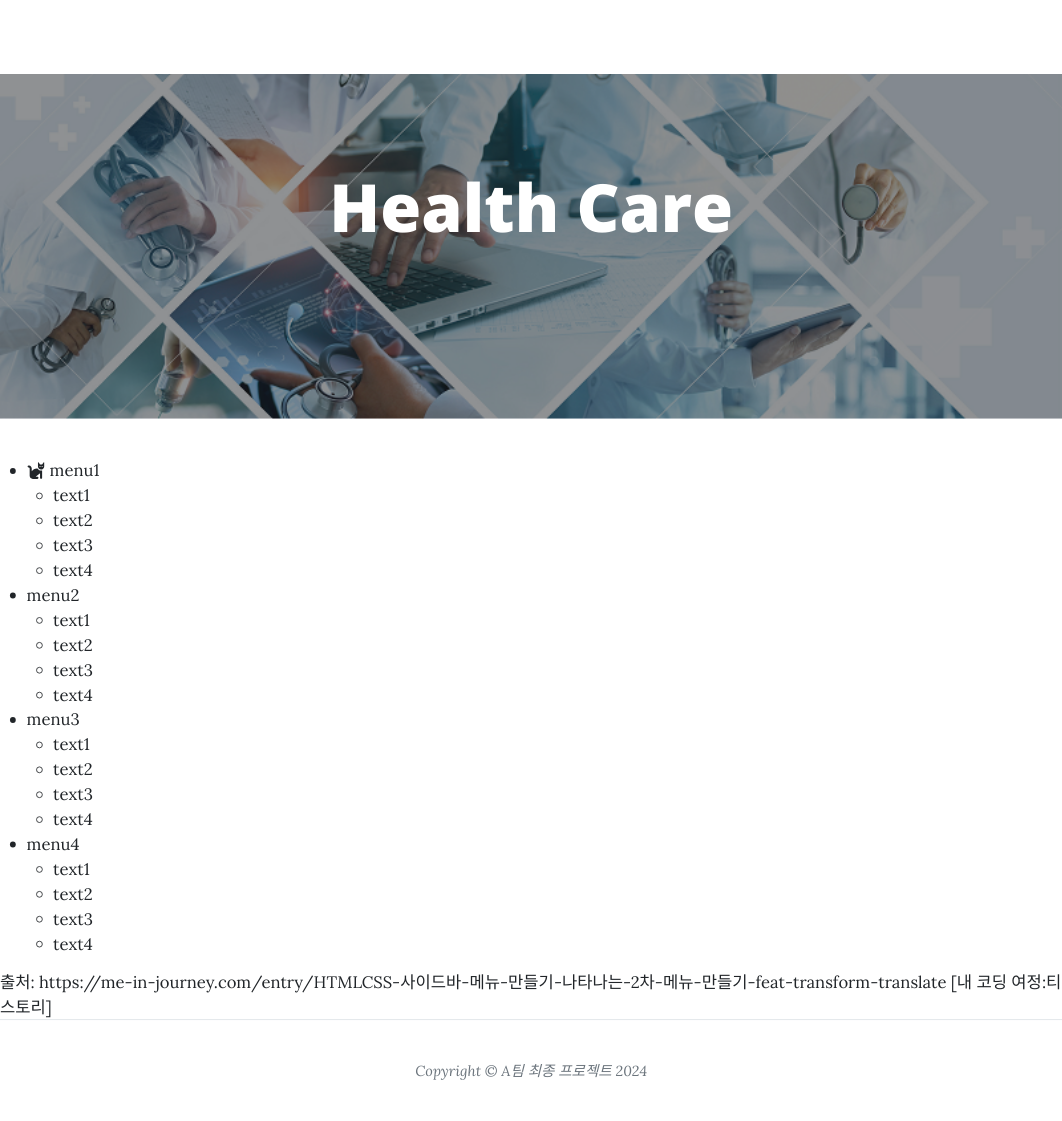
Repository: honsb91/project
Page: http://localhost/hospital/board/patient.jsp
An editor plug-in stored every save of this project. The page is shown before and after the next save, followed by the edit.
The browser window is 1280 px wide. The pictures show the whole page, at 83% of full size.
Some web libraries are served in a nearby version. The page is served by Tomcat 9. Nobody is signed in. The application's start-up code is not run. Other server files are loaded and not shown. The template is opened directly, without the code that normally fills it, so the values that code supplies are empty.

Above is the page before, as saved 2024-02-01 03:59:49.

### hospital/src/main/webapp/board/patient.jsp
<%@ page language="java" contentType="text/html; charset=UTF-8"
    pageEncoding="UTF-8"%>
<!DOCTYPE html>
<html>
<head>
<meta charset="UTF-8">
<title>Insert title here</title>
<link rel="stylesheet" href="/resources/css/admin/dashboard.css">
</head>
<%@ include file="/include/header.jsp"%>
<body>
	<aside class="side-bar">
  <section class="side-bar__icon-box">
    <section class="side-bar__icon-1">
      <div></div>
      <div></div>
      <div></div>
    </section>
  </section>
  <ul>
    <li>
      <a href="#"><i class="fa-solid fa-cat"></i> menu1</a>
      <ul>
        <li><a href="#">text1</a></li>
        <li><a href="#">text2</a></li>
        <li><a href="#">text3</a></li>
        <li><a href="#">text4</a></li>
      </ul>
    </li>
    <li>
      <a href="#">menu2</a>
      <ul>
        <li><a href="#">text1</a></li>
        <li><a href="#">text2</a></li>
        <li><a href="#">text3</a></li>
        <li><a href="#">text4</a></li>
      </ul>
    </li>
    <li>
      <a href="#">menu3</a>
      <ul>
        <li><a href="#">text1</a></li>
        <li><a href="#">text2</a></li>
        <li><a href="#">text3</a></li>
        <li><a href="#">text4</a></li>
      </ul>
    </li>
    <li>
      <a href="#">menu4</a>
      <ul>
        <li><a href="#">text1</a></li>
        <li><a href="#">text2</a></li>
        <li><a href="#">text3</a></li>
        <li><a href="#">text4</a></li>
      </ul>
    </li>
  </ul>
</aside>
출처: https://me-in-journey.com/entry/HTMLCSS-사이드바-메뉴-만들기-나타나는-2차-메뉴-만들기-feat-transform-translate [내 코딩 여정:티스토리]
</body>
<%@ include file="/include/footer.jsp"%>
</html>

### hospital/src/main/webapp/include/header.jsp
<%@ page language="java" contentType="text/html; charset=UTF-8"
	pageEncoding="UTF-8"%>
<%@ taglib prefix="c" uri="http://java.sun.com/jsp/jstl/core"%>
<meta charset="UTF-8">
<title>Insert title here</title>
<head>
<meta charset="utf-8" />
<meta name="viewport" content="width=device-width, initial-scale=1, shrink-to-fit=no" />
<meta name="description" content="" />
<meta name="author" content="" />
<link rel="icon" type="image/x-icon" href="/resources/assets/favicon.ico" />
<!-- Font Awesome icons (free version)-->
<script src="https://use.fontawesome.com/releases/v6.3.0/js/all.js" crossorigin="anonymous"></script>
<!-- Google fonts-->
<link href="https://fonts.googleapis.com/css?family=Lora:400,700,400italic,700italic" rel="stylesheet" type="text/css" />
<link href="https://fonts.googleapis.com/css?family=Open+Sans:300italic,400italic,600italic,700italic,800italic,400,300,600,700,800"
	rel="stylesheet" type="text/css" />
<!-- Core theme CSS (includes Bootstrap)-->
<link href="/resources/css/styles.css" rel="stylesheet" />
</head>
<body>
	<!-- Navigation-->
	<nav class="navbar navbar-expand-lg navbar-light" id="mainNav">
		<div class="container px-4 px-lg-5">
			<a class="navbar-brand" href="/main">Health Care</a>
			<button class="navbar-toggler" type="button"
				data-bs-toggle="collapse" data-bs-target="#navbarResponsive"
				aria-controls="navbarResponsive" aria-expanded="false"
				aria-label="Toggle navigation">
				Menu <i class="fas fa-bars"></i>
			</button>
			<div class="collapse navbar-collapse" id="navbarResponsive">
				<ul class="navbar-nav ms-auto py-4 py-lg-0 ">
    				<li class="nav-item"><a class="nav-link px-lg-3 py-3 py-lg-4" href="/main">Home</a></li>
    				<!-- 관리자로 로그인시 faq 와 공지사항은 안보이게 처리-->
    				<c:if test="${empty admin}">
    					<li class="nav-item"><a class="nav-link px-lg-3 py-3 py-lg-4" href="/faq">FAQ</a></li>
    					<li class="nav-item"><a class="nav-link px-lg-3 py-3 py-lg-4" href="/notice">공지사항</a></li>
    				</c:if>

    				<c:if test="${empty patient and empty admin}">
        			<!-- 로그인 안 된 경우 -->
        				<li class="nav-item"><a class="nav-link px-lg-3 py-3 py-lg-4" href="/member/login.jsp">로그인</a></li>
        				<li class="nav-item"><a class="nav-link px-lg-3 py-3 py-lg-4" href="/admin/login.jsp">관리자 로그인</a></li>
        				<li class="nav-item"><a class="nav-link px-lg-3 py-3 py-lg-4" href="/member/join.jsp">회원가입</a></li>
    				</c:if>

    				<c:if test="${not empty patient}">
        			<!-- 일반 회원으로 로그인된 경우 -->
        				<li class="nav-item"><a class="nav-link px-lg-3 py-3 py-lg-4" href="/member/logout">로그아웃</a></li>
    				</c:if>

    				<c:if test="${not empty admin}">
        			<!-- 관리자로 로그인된 경우 -->
        				<li class="nav-item"><a class="nav-link px-lg-3 py-3 py-lg-4" href="/admin/dashboard.jsp">환자정보 관리</a></li>
        				<li class="nav-item"><a class="nav-link px-lg-3 py-3 py-lg-4" href="/admin/dashboard.jsp">FAQ 관리</a></li>
        				<li class="nav-item"><a class="nav-link px-lg-3 py-3 py-lg-4" href="/admin/dashboard.jsp">공지사항 관리</a></li>
        				<li class="nav-item"><a class="nav-link px-lg-3 py-3 py-lg-4" href="/admin/logout">로그아웃</a></li>
    				</c:if>
				</ul>
			</div>
		</div>
	</nav>
	<!-- Page Header-->
	<header class="masthead" style="background-image: url('/resources/assets/img/test4.png')">
		<div class="container position-relative px-4 px-lg-5">
			<div class="row gx-4 gx-lg-5 justify-content-center">
				<div class="col-md-10 col-lg-8 col-xl-7">
					<div class="site-heading">
						<h1>Health Care</h1>
					</div>
				</div>
			</div>
		</div>
	</header>

### hospital/src/main/webapp/include/footer.jsp
<%@ page language="java" contentType="text/html; charset=UTF-8"
    pageEncoding="UTF-8"%>
<!DOCTYPE html>
<html>
<head>
<meta charset="UTF-8">
<title>Insert title here</title>
</head>
<body>
<footer class="border-top">
		<div class="container px-4 px-lg-5">
			<div class="row gx-4 gx-lg-5 justify-content-center">
				<div class="col-md-10 col-lg-8 col-xl-7">
					<div class="small text-center text-muted fst-italic">Copyright
						&copy; A팀 최종 프로젝트 2024</div>
				</div>
			</div>
		</div>
	</footer>
	<!-- Bootstrap core JS-->
	<script
		src="https://cdn.jsdelivr.net/npm/bootstrap@5.2.3/dist/js/bootstrap.bundle.min.js"></script>
	<!-- Core theme JS-->
	<script src="js/scripts.js"></script>
</body>
</html>

### hospital/src/main/webapp/resources/js/scripts.js
/*!
* Start Bootstrap - Clean Blog v6.0.9 (https://startbootstrap.com/theme/clean-blog)
* Copyright 2013-2023 Start Bootstrap
* Licensed under MIT (https://github.com/StartBootstrap/startbootstrap-clean-blog/blob/master/LICENSE)
*/
window.addEventListener('DOMContentLoaded', () => {
    let scrollPos = 0;
    const mainNav = document.getElementById('mainNav');
    const headerHeight = mainNav.clientHeight;
    window.addEventListener('scroll', function() {
        const currentTop = document.body.getBoundingClientRect().top * -1;
        if ( currentTop < scrollPos) {
            // Scrolling Up
            if (currentTop > 0 && mainNav.classList.contains('is-fixed')) {
                mainNav.classList.add('is-visible');
            } else {
                console.log(123);
                mainNav.classList.remove('is-visible', 'is-fixed');
            }
        } else {
            // Scrolling Down
            mainNav.classList.remove(['is-visible']);
            if (currentTop > headerHeight && !mainNav.classList.contains('is-fixed')) {
                mainNav.classList.add('is-fixed');
            }
        }
        scrollPos = currentTop;
    });
})

Loaded but not shown: hospital/src/main/webapp/resources/css/styles.css (library); hospital/resources/css/admin/dashboard.css (no stored copy; drawn as an empty file)

After the next save:
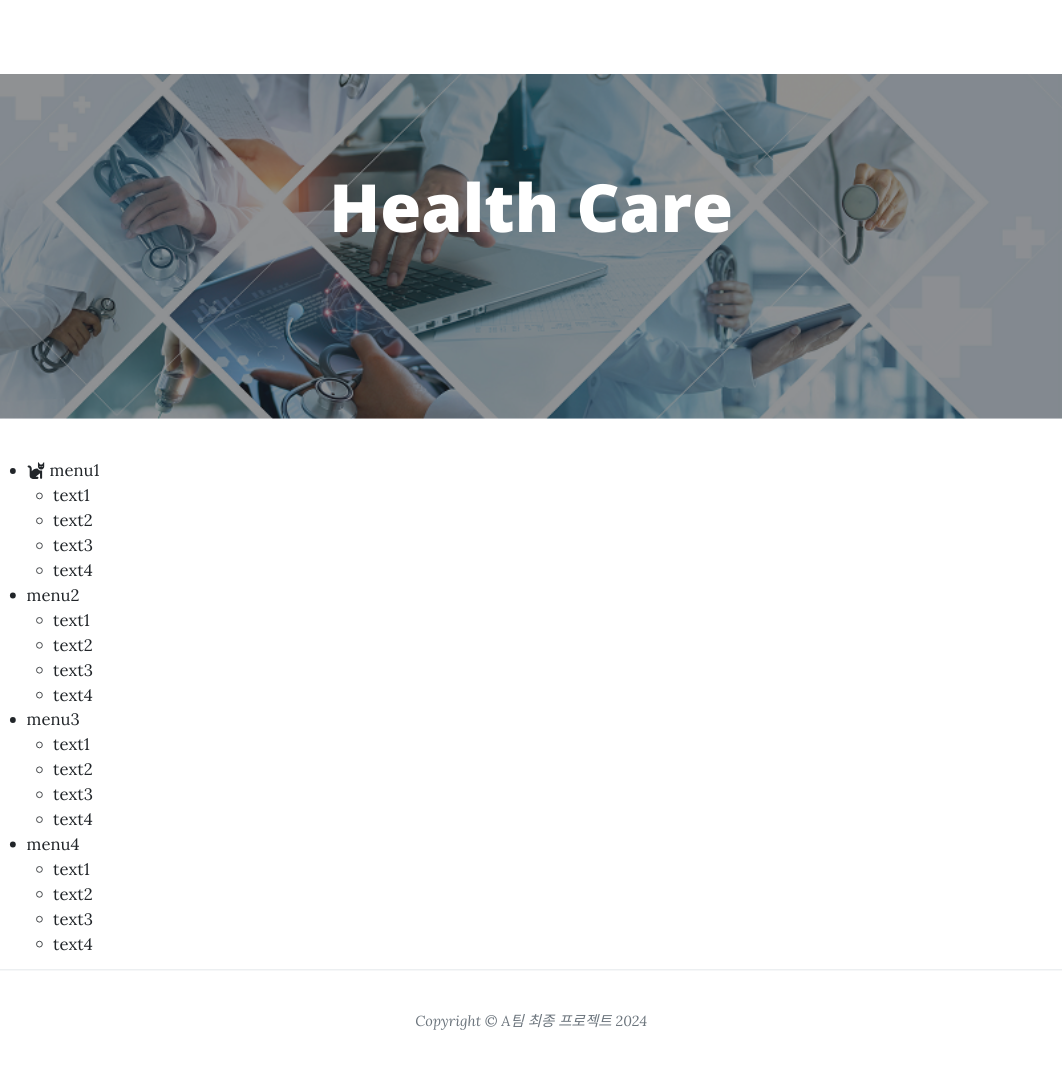
Saved 2 s later.
--- a/hospital/src/main/webapp/board/patient.jsp
+++ b/hospital/src/main/webapp/board/patient.jsp
@@ -56,7 +56,6 @@
     </li>
   </ul>
 </aside>
-출처: https://me-in-journey.com/entry/HTMLCSS-사이드바-메뉴-만들기-나타나는-2차-메뉴-만들기-feat-transform-translate [내 코딩 여정:티스토리]
 </body>
 <%@ include file="/include/footer.jsp"%>
 </html>
